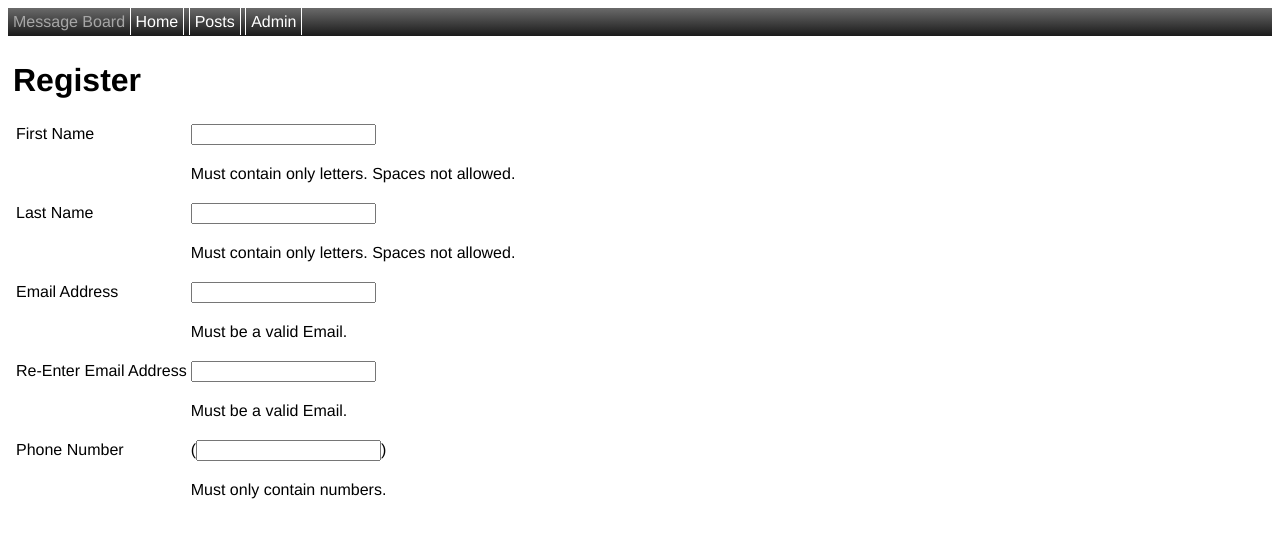
Repository: JesseFo/Whitespace
Page: whitespace/WebContent/WEB-INF/register.html
These files come from the project's save history. The page is drawn as it stood at one moment and after the next save; the edit follows.
The browser window is 1280 px wide. The pictures show the whole page.

Above is the page before, as saved 2015-10-15 08:08:41.

After the next save:
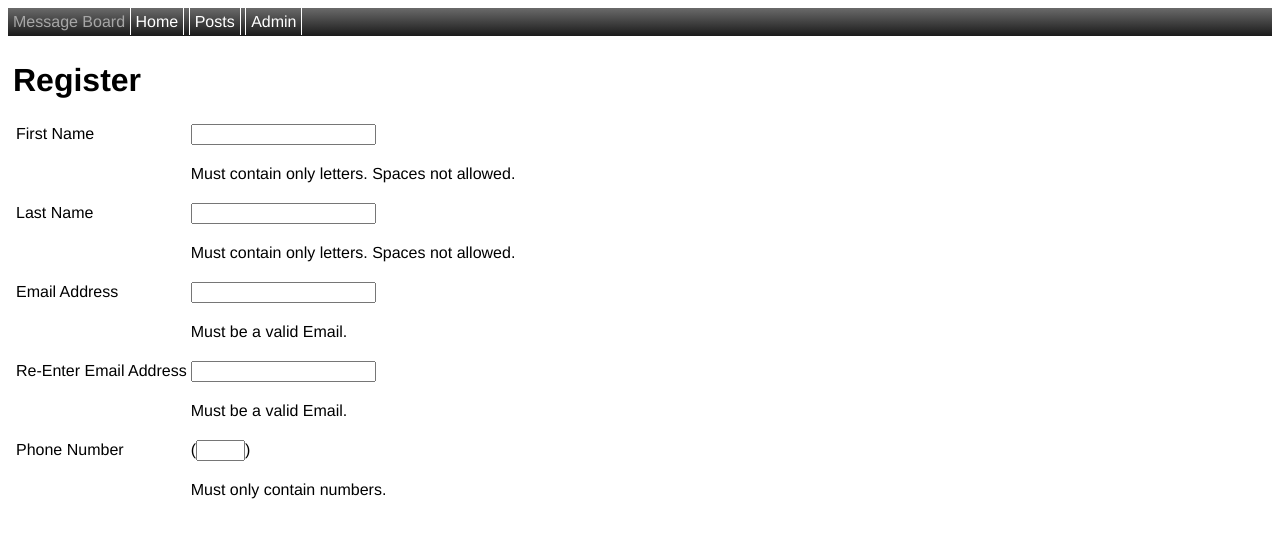
Saved 26 s later.
--- a/whitespace/WebContent/WEB-INF/register.html
+++ b/whitespace/WebContent/WEB-INF/register.html
@@ -54,7 +54,7 @@
 						</tr>
 						<tr>
 							<td>Phone Number</td>
-							<td>(<input class="phone" type="number" name="phone1" maxlength="3" size="3"/>)</td>
+							<td>(<input class="phone" type="text" name="phone1" maxlength="3" size="3"/>)</td>
 						</tr>
 						<tr>
 							<td>&nbsp;</td>
